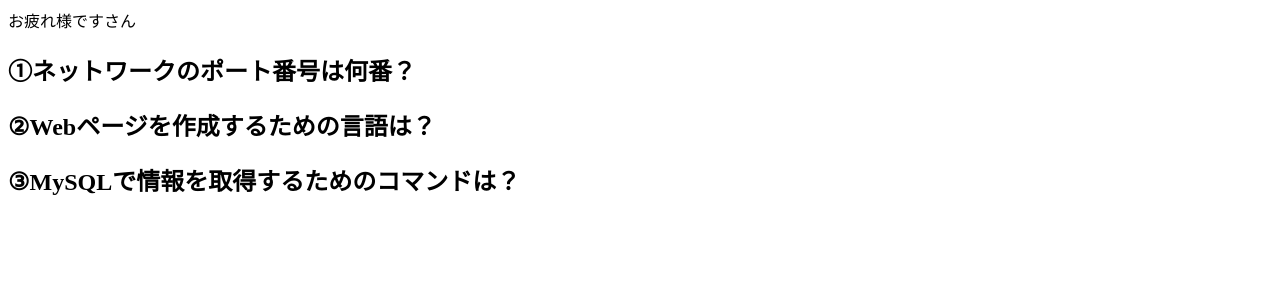
Repository: natuki-i/curriculum
Page: http://localhost/question.php
The author's editor kept a copy of each file at every save. The page is drawn from the files as they stood at one save, then again after the next save.
The browser window is 1280 px wide. The pictures show the whole page.
The page is run by PHP 8.4 with error messages shown; the project is at /var/www/html/.

Above is the page before, as saved 2022-12-31 21:05:47.

After the next save:
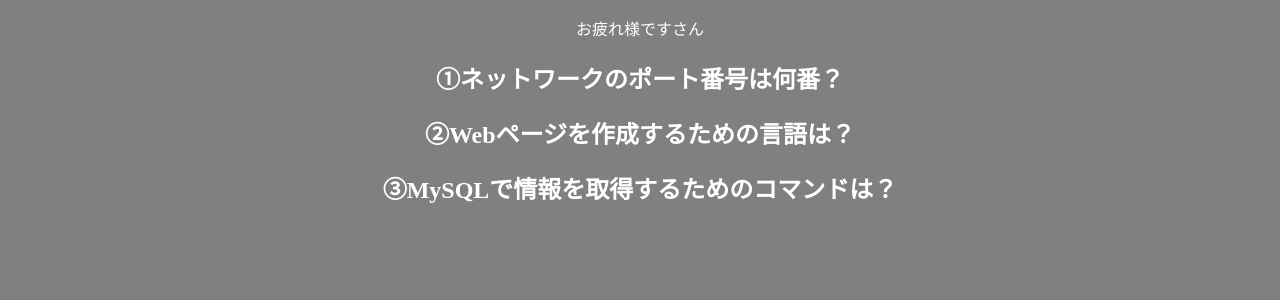
Saved 3 min 31 s later.
--- a/PHPjob/3-4/question.php
+++ b/PHPjob/3-4/question.php
@@ -1,3 +1,14 @@
+<!DOCTYPE html>
+<html lang="ja">
+
+<head>
+    <meta charset="UTF-8">
+    <meta http-equiv="X-UA-Compatible" content="IE=edge">
+    <meta name="viewport" content="width=device-width, initial-scale=1">
+    <title></title>
+    <link rel="stylesheet" href="style.css">
+</head>
+
 <?php
 //POST送信で送られてきた名前を受け取って変数を作成
 
@@ -18,3 +29,8 @@
 <!--③ 問題のradioボタンを「foreach」を使って作成する-->
 
 <!--問題の正解の変数と名前の変数を[answer.php]に送る-->
+
+
+</body>
+
+</html>
